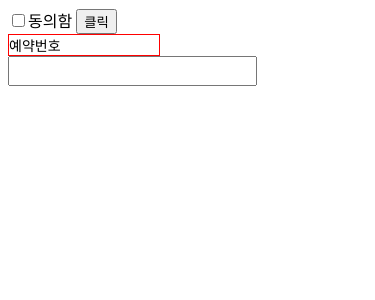
Repository: mekeyace/portfolio
Page: http://localhost/web/check.jsp
An editor plug-in stored every save of this project. The page is shown before and after the next save, followed by the edit.
The browser window is 375 px wide. The pictures show the whole page.
The page is served by Tomcat 9. Other server files are loaded and not shown.

Above is the page before, as saved 2023-06-22 03:06:44.

### maven/web/src/main/webapp/check.jsp
<%@ page language="java" contentType="text/html; charset=UTF-8"
    pageEncoding="UTF-8"%>
<!DOCTYPE html>
<html>
<head>
<meta charset="UTF-8">
<meta name="viewport" content="width=device-width, initial-scale=1" />
<title>Insert title here</title>
<style>


@media screen and (min-width:340px) and (max-width:560px){
.ins {
width:100%;
max-width:calc(100% - 110px);
height:30px;
box-sizing: border-box;
}
}

</style>
</head>
<body>
<!-- 체크박스1 : 체크시 : Y 미체크시 : N -->
<form id="frm" method="post" action="./checkok.do">
<input type="hidden" name="cks" value="N">
<input type="checkbox" id="agree">동의함
<input type="button" value="클릭" onclick="abc()">

<div style="font-size:14px; width:150px; border:1px solid red;">예약번호</div>
<input type="text" class="ins">
<br>
</form>
<!-- 체크박스2 : 체크시 : Y 미체크시 : null -->
</body>
<script>
function abc(){
	frm.submit();
}
</script>
</html>

After the next save:
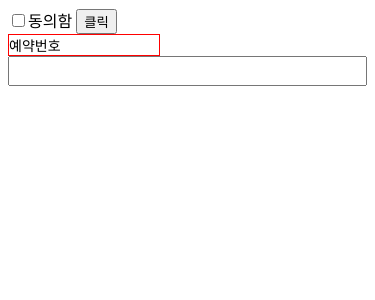
Saved 8 s later.
--- a/maven/web/src/main/webapp/check.jsp
+++ b/maven/web/src/main/webapp/check.jsp
@@ -12,7 +12,6 @@
 @media screen and (min-width:340px) and (max-width:560px){
 .ins {
 width:100%;
-max-width:calc(100% - 110px);
 height:30px;
 box-sizing: border-box;
 }
